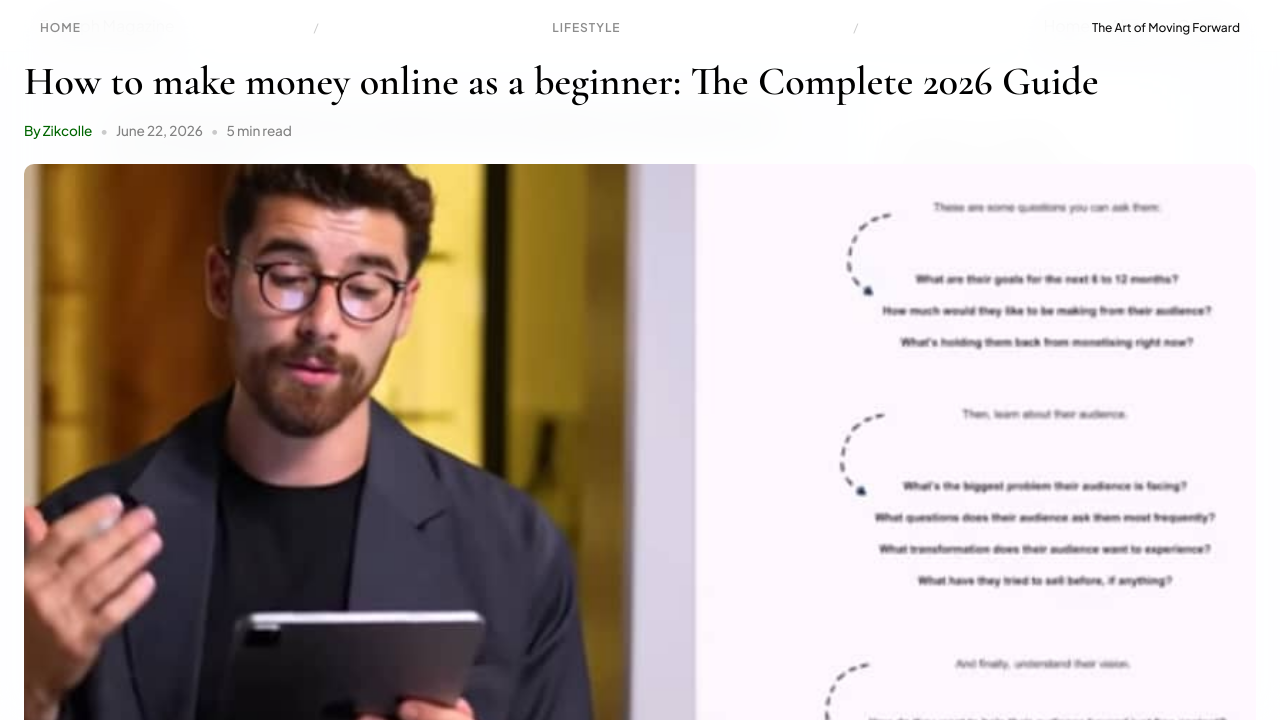
Repository: zikcolle/Triumph-Blog
Page: post.html
The author's editor kept a copy of each file at every save. The page is drawn from the files as they stood at one save, then again after a run of saves.
The browser window is 1280 px wide. The pictures show the window.
A layer covers the whole window, so only the first screen is drawn.

Above is the page before, as saved 2026-06-23 12:42:21.

After the next 2 saves:
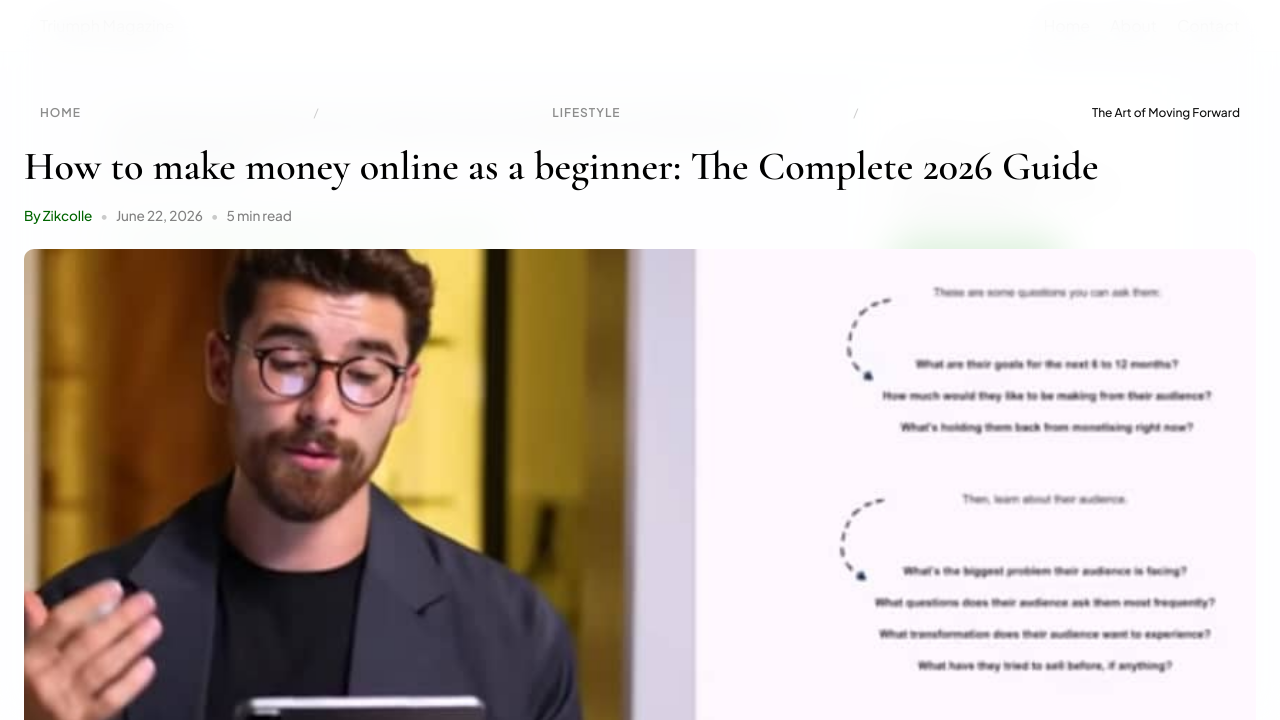
The 2 saves are shown as one change because they came seconds apart.
The last was saved 7 s later.
--- a/styles.css
+++ b/styles.css
@@ -370,7 +370,8 @@ footer {
 }
 
 .post-header {
-   padding-top: ;
+   padding-top: 100px;
+
 }
 
 .post-header h1 {
